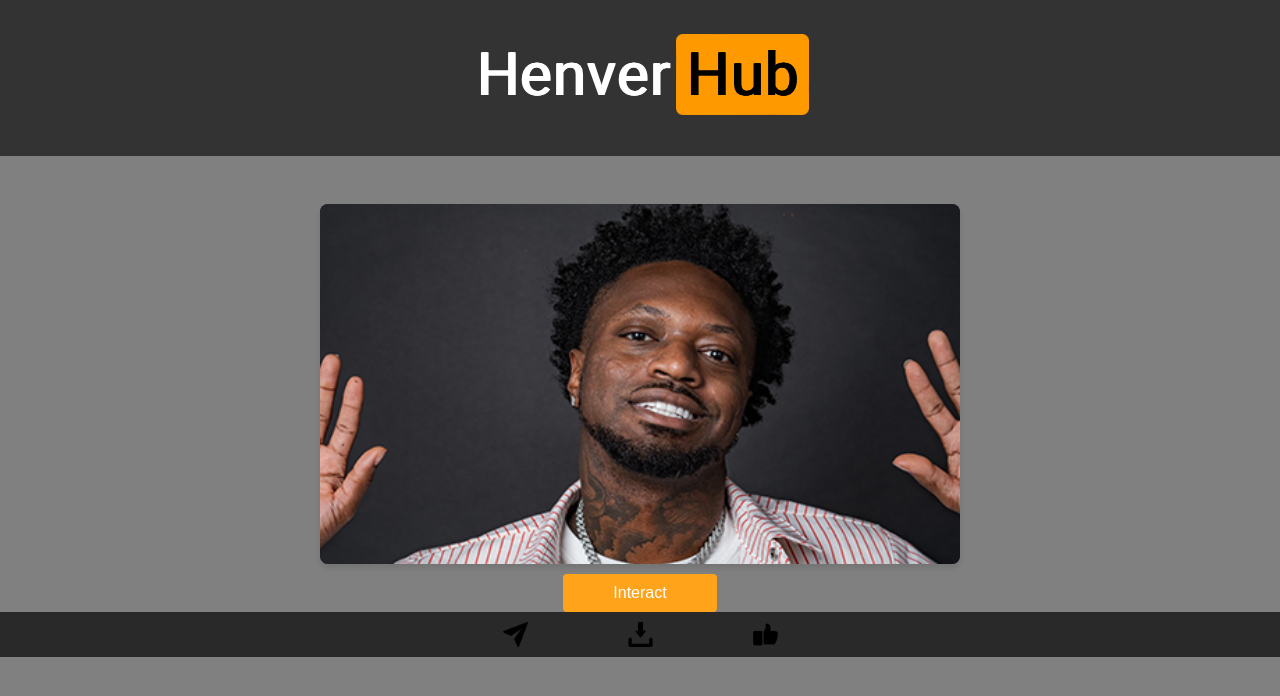
Repository: anderscederberg11/unhandledRuntimeError.json
Page: Henver/henver.html
These files come from the project's save history. The page is drawn as it stood at one moment and after the next save; the edit follows.
The browser window is 1280 px wide. The pictures show the whole page.

Above is the page before, as saved 2024-05-06 18:57:36.

After the next save:
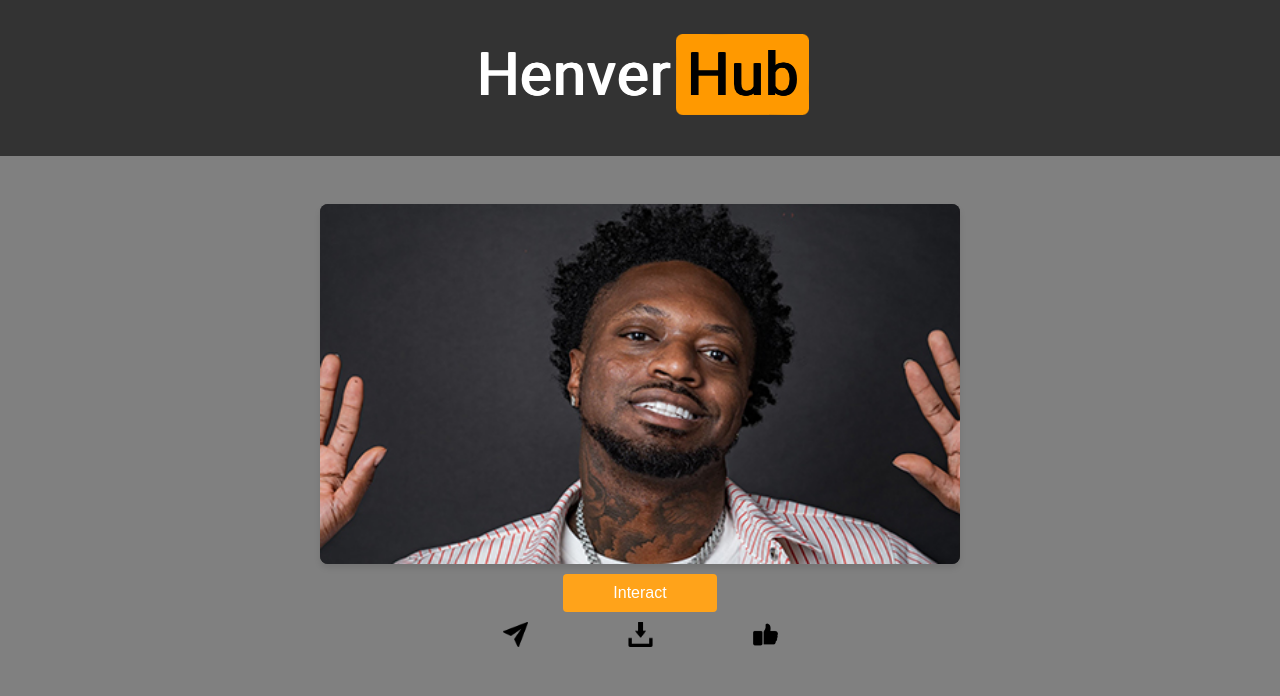
Saved 5 s later.
--- a/Henver/henver.css
+++ b/Henver/henver.css
@@ -72,7 +72,6 @@ nav h1 {
 #icon-list {
     display: flex;
     justify-content: center;
-    background-color: #292929;
 }
 
 .icon {
